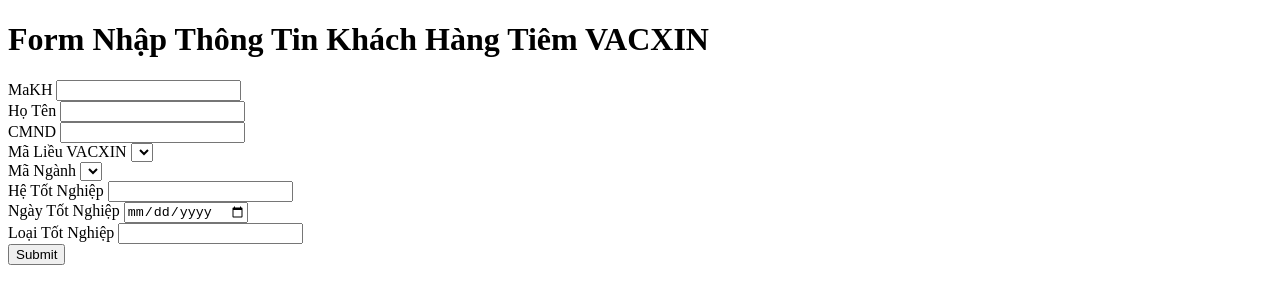
Repository: trandangtin2003/vku_docu
Page: http://localhost/form
An editor plug-in stored every save of this project. The page is shown before and after the next save, followed by the edit.
The browser window is 1280 px wide. The pictures show the whole page.
The page is this project's Thymeleaf template; nobody is signed in. The template is opened directly, without the code that normally fills it, so the values that code supplies are empty.

Above is the page before, as saved 2023-12-30 01:24:15.

After the next save:
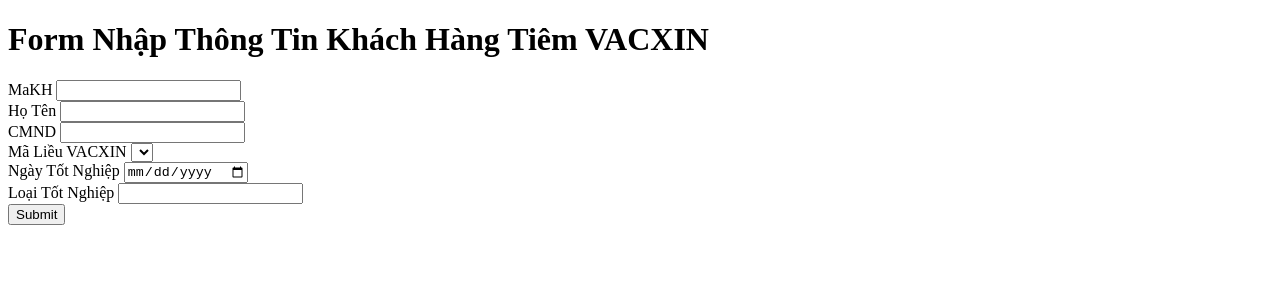
Saved 14 s later.
--- a/21IT176_TranDangTin_javaWeb/src/main/resources/templates/form.html
+++ b/21IT176_TranDangTin_javaWeb/src/main/resources/templates/form.html
@@ -44,7 +44,7 @@
 			</div>
 
 			<!-- ComboBox cho MaNganh -->
-			<div class="form-group">
+			<!--<div class="form-group">
 				<label for="maNganh">Mã Ngành</label>
 				<select class="form-control" id="maNganh" th:field="*{maNganh}" required>
 					<option value="" th:each="nganh : ${nganhs}" th:value="${nganh.maNganh}"
@@ -52,11 +52,11 @@
 				</select>
 			</div>
 
-			<!-- Các trường thông tin khác -->
+			 Các trường thông tin khác
 			<div class="form-group">
 				<label for="heTN">Hệ Tốt Nghiệp</label>
 				<input type="text" class="form-control" id="heTN" th:field="*{heTN}">
-			</div>
+			</div>-->
 
 			<div class="form-group">
 				<label for="ngayTN">Ngày Tốt Nghiệp</label>
